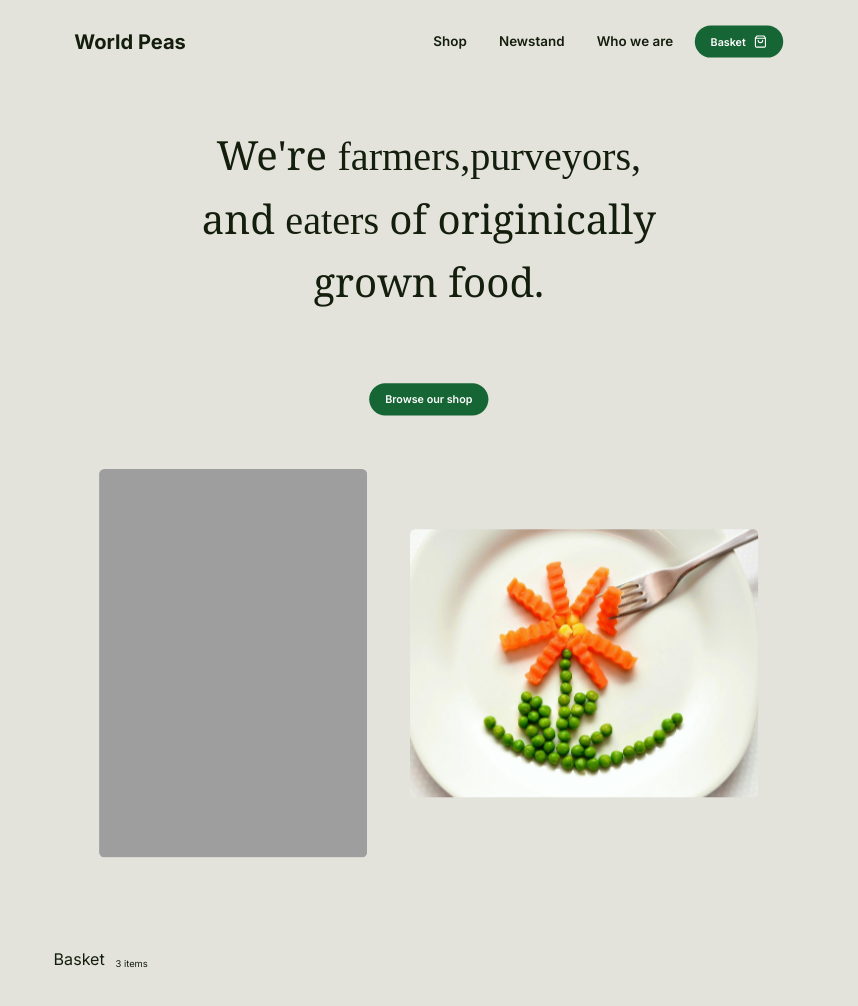
Repository: wswiselife/CSS
Page: / (app in figma-20240618/)
These files come from the project's save history. The page is drawn as it stood at one moment and after the next save; the edit follows.
The browser window is 1280 px wide. The pictures show the whole page, at 67% of full size.
Pictures or frames that could not be fetched are drawn as grey boxes. Some web fonts or font styles are not loaded; a fallback is used. The project was rebuilt for these pictures with package versions that can differ from the ones it lists, and the page was loaded fresh each time. The framework's server and built-in components were replaced by stand-ins that run in the browser. Also part of the build but not shown: figma-20240618/next.config.mjs, figma-20240618/app/components/navbar/UserItem.tsx.

Above is the page before, as saved 2024-06-19 01:02:19.

### figma-20240618/app/layout.tsx
import type { Metadata } from "next";
import { Inter } from "next/font/google";
import "./globals.css";

import Layout from "./components/Layout";

const inter = Inter({ subsets: ["latin"] });

export const metadata: Metadata = {
  title: "Figma hero clone",
  description: "Figma hero clone",
};

export default function RootLayout({
  children,
}: Readonly<{
  children: React.ReactNode;
}>) {
  return (
    <html lang="en">
      <body className={inter.className}>
        <Layout>
          {children}
        </Layout>
      </body>
    </html>
  );
}

### figma-20240618/app/page.tsx

import Basket from "./components/Basket";
import Hero from "./components/Hero";
import Navbar from "./components/navbar/Navbar";

export default function Home() {
  return (
   <>
     <Navbar />
     <div className="mt-20">
        <Hero />
     </div>
     <Basket />
   </>
  );
}

### figma-20240618/app/globals.css
@import url("https://fonts.googleapis.com/css2?family=Playwrite+US+Trad:wght@100..400&display=swap");

@tailwind base;
@tailwind components;
@tailwind utilities;

:root {
    --primary-color: #476730;

    --font-color: #141e0c;
    --bg-color: #e3e3dc;
}

html {
    color: var(--font-color);
    background-color: var(--bg-color);
}

@layer components {
    .hero-p {
        @apply font-serif text-3xl md:text-5xl lg:text-6xl;
    }

    .hero-span {
        @apply font-sans;
    }
}

### figma-20240618/app/components/Layout.tsx
interface LayoutProps {
    children: React.ReactNode
}

const Layout:React.FC<LayoutProps> = ({children})=>{
    return (
        <div className="h-screen w-screen ">
            <div className="h-full w-full">
                {children}
            </div>
        </div>
    )
}

export default Layout

### figma-20240618/app/components/Basket.tsx
import Header from "./Header"

const Basket = ()=>{
    return(
        <div>
            <Header title="Basket" desc="3 items" />
        </div>
    )
}

export default Basket

### figma-20240618/app/components/Hero.tsx
'use client'

import Button from "./Button"

const Hero = ()=>{

    return(
        <div className="">

            {/* first path */}
            <div className="flex flex-col justify-center items-center">
                {/* title */}
                <div className="
                    flex
                    flex-col
                    items-center
                    gap-2
                    md:gap-4
                    lg:gap-8
                    py-12
                    md:py-20
                    lg:py-[121px]
                ">
                    <p className="hero-p">We're <span className="hero-span font-playwrite">farmers,purveyors,</span></p>
                    <p className="hero-p"> and <span className="hero-span font-playwrite">eaters </span>of originically</p>
                    <p className="hero-p">grown food.</p>
                </div>

                <Button label="Browse our shop" onClick={()=>{}} />
            </div>

            {/* image path */}
            <div className="flex flex-row flex-wrap justify-center items-center gap-16 py-20 ">

                <img
                    src="/images/photo4.jpg"
                    alt="photo"
                    className="
                        w-[420px]
                        h-[450px]
                        md:w-[300px]
                        md:h-[380px]
                        lg:w-[400px]
                        lg:h-[580px]
                        rounded-lg
                        object-cover
                "/>

                <div className="relative">
                    <img
                        src="/images/photo5.jpg"
                        alt="photo"
                        className="
                            w-[420px]
                            h-[450px]
                            md:w-[380px]
                            md:h-[300px]
                            lg:w-[520px]
                            lg:h-[400px]
                            rounded-lg
                            object-cover
                        "
                    />
                    <div className="text-sm">

                    </div>
                </div>
            </div>
        </div>
    )
}

export default Hero

### figma-20240618/app/components/navbar/Navbar.tsx
import Logo from './Logo'
import Usermenu from './Usermenu'

const Navbar = ()=>{
    return (
        <div className='fixed top-0 w-full bg-[var(--bg-color)]'>
            <div className="
                flex
                justify-between
                items-center
                px-8
                py-4
                md:px-12
                md:py-8
                lg:px-[111px]
                lg:py-[32px]

            ">
                <Logo />
                <Usermenu />
            </div>
        </div>
    )
}

export default Navbar

### figma-20240618/app/components/Header.tsx
import { ReactNode } from "react";

interface HeaderProps {
    title:string;
    desc?:string;
    operate?:ReactNode
}

const Header:React.FC<HeaderProps> = ({
    title,
    desc,
    operate
})=>{
    return(
        <div className="w-full flex flex-row justify-between items-center">
            {/* header */}
            <div className="
                flex
                justify-end
                items-end
                gap-4
                px-20
                py-14
            ">
                <div className="text-2xl flex items-end">{title}</div>
                <div className="text-sm">{desc}</div>
            </div>

            {/* operate */}
        </div>
    )
}

export default Header

### figma-20240618/app/components/Button.tsx
'use client'

import { IconType } from "react-icons";

interface ButtonProps {
    label: string;
    onClick:()=>void
    secondry?:boolean
    disabled?:boolean
    icon?:IconType
}

const Button:React.FC<ButtonProps> = ({
    label,
    onClick,
    secondry,
    disabled,
    icon:Icon
})=>{
    return (
        <button
            onClick={onClick}
            disabled={disabled}
            className={`
                flex
                flex-row
                items-center
                gap-3
                px-6
                py-3
                font-semibold
                disabled:opacity-70
                disabled:cursor-not-allowed
                hover:opacity-80
                ${secondry?'rounded':'rounded-full'}
                ${secondry?'bg-white':'bg-green-800'}
                ${secondry?'text-black':'text-white '}

        `}>
            {label}
            {
                Icon && (<Icon size={20} ></Icon>)
            }
        </button>
    )
}

export default Button

### figma-20240618/app/components/navbar/Logo.tsx

const Logo = ()=>{
    return(
        <div className="text-xl lg:text-3xl font-bold cursor-pointer">World Peas</div>
    )
}

export default Logo

### figma-20240618/app/components/navbar/Usermenu.tsx
'use client'

import { FiShoppingBag } from "react-icons/fi";
import { IoAppsOutline } from "react-icons/io5";

import useUserMenuModal from "../../hooks/useUserMenu";
import UserItem from "./UserItem";
import Button from "../Button";

const Usermenu = ()=>{

    const userMenuModal = useUserMenuModal()

    const onToggle = ()=>{
        userMenuModal.isOpen?userMenuModal.onClose():userMenuModal.onOpen()
    }

    return(
        <div className="
            flex
            items-center
            gap-4
            md:gap-4
        ">

            {/* desktop */}
            <div className="
                md:flex
                flex-row
                justify-between
                items-center
                md:gap-4
                hidden

            ">
                <div className="p-4 font-semibold text-xl">Shop</div>
                <div className="p-4 font-semibold text-xl">Newstand</div>
                <div className="p-4 font-semibold text-xl">Who we are</div>
            </div>

            {/* basket */}
            <Button label="Basket" onClick={()=>{}} icon={FiShoppingBag} />

            {/* mobile */}
            <div
                onClick={onToggle}
                className="
                    flex
                    justify-center
                    items-center
                    relative
                    p-4
                    cursor-pointer
                    transition
                    md:hidden
            ">
                <IoAppsOutline size={22} />

                {/* menu */}
                {
                    userMenuModal.isOpen && (
                        <div className="
                            absolute
                            top-16
                            right-0
                            w-80
                            bg-white
                            rounded-md
                            transition
                        ">
                            <UserItem onClick={() =>{}} label="shop"/>
                            <UserItem onClick={() =>{}} label="newstand"/>
                            <UserItem onClick={() =>{}} label="who we are"/>
                        </div>
                    )
                }

            </div>


        </div>
    )
}

export default Usermenu

### figma-20240618/app/hooks/useUserMenu.ts
import { create } from "zustand";

interface UserMenuStore {
    isOpen: boolean;
    onOpen: () => void;
    onClose: () => void;
}

const useUserMenuModal = create<UserMenuStore>(set => ({
    isOpen: false,
    onOpen: () => set({ isOpen: true }),
    onClose: () => set({ isOpen: false }),
}));

export default useUserMenuModal;

### figma-20240618/tailwind.config.ts
import type { Config } from "tailwindcss";

const config: Config = {
    content: [
        "./pages/**/*.{js,ts,jsx,tsx,mdx}",
        "./components/**/*.{js,ts,jsx,tsx,mdx}",
        "./app/**/*.{js,ts,jsx,tsx,mdx}",
    ],
    theme: {
        extend: {
            backgroundImage: {
                "gradient-radial": "radial-gradient(var(--tw-gradient-stops))",
                "gradient-conic":
                    "conic-gradient(from 180deg at 50% 50%, var(--tw-gradient-stops))",
            },
            fontFamily: {
                playwrite: ['"Playwrite US Trad"', "cursive"],
            },
        },
    },
    plugins: [],
};
export default config;

After the next save:
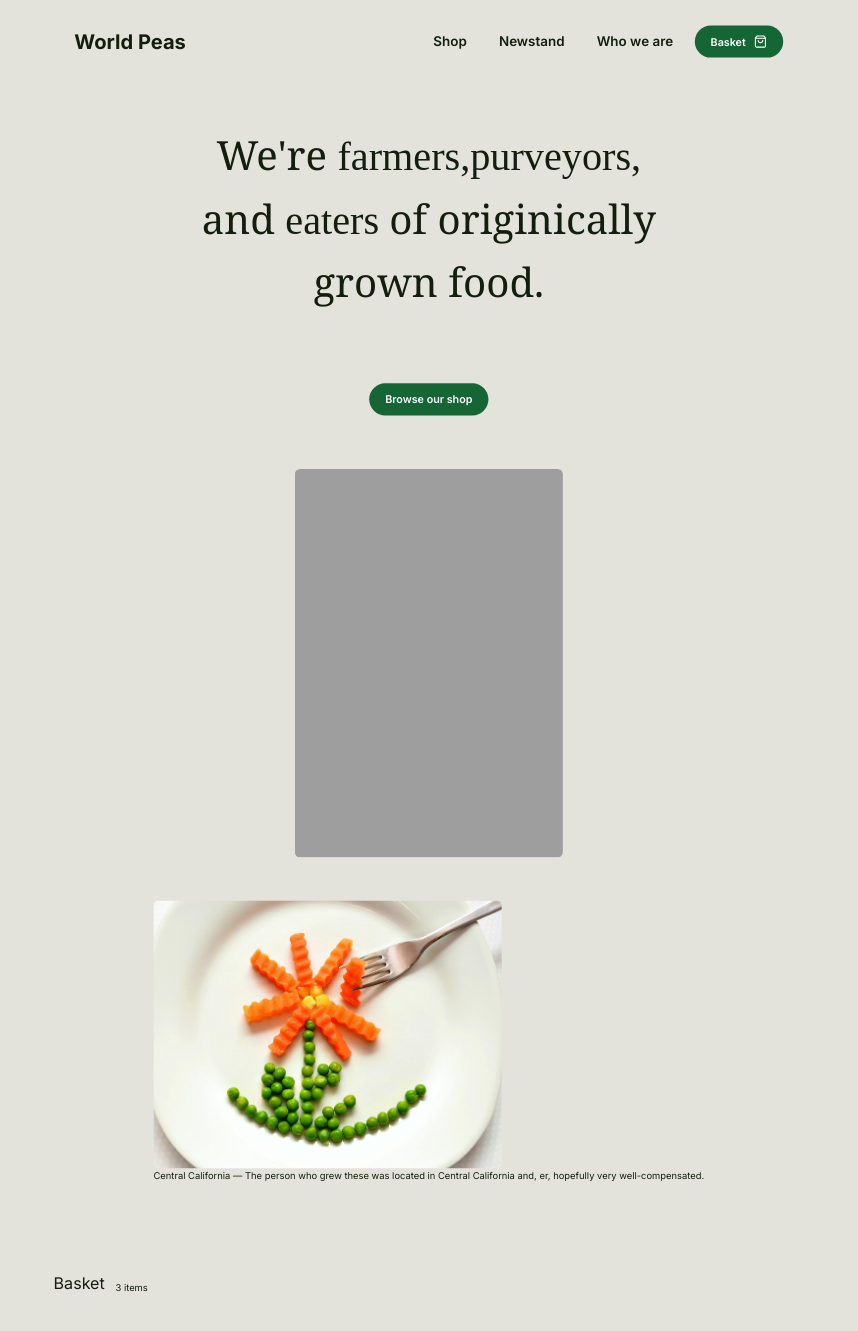
Saved 26 s later.
--- a/figma-20240618/app/components/Hero.tsx
+++ b/figma-20240618/app/components/Hero.tsx
@@ -62,7 +62,7 @@
                         "
                     />
                     <div className="text-sm">
-
+                    Central California — The person who grew these was located in Central California and, er, hopefully very well-compensated.
                     </div>
                 </div>
             </div>
